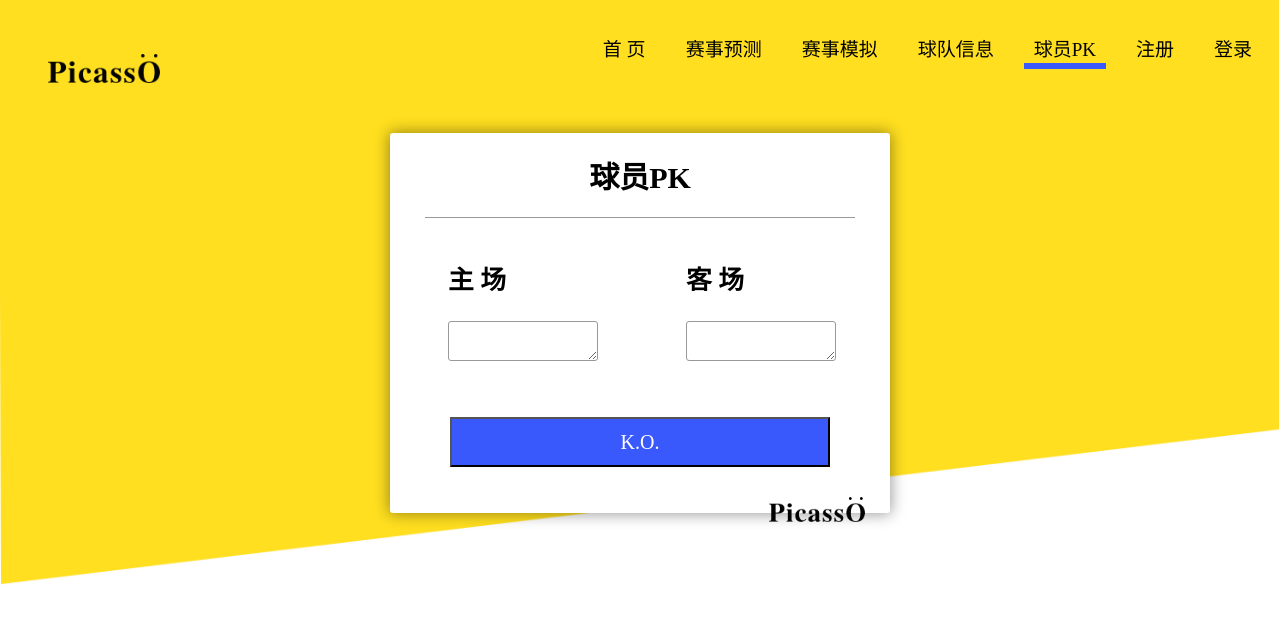
Repository: cciixx/nba-prediction-sys
Page: public/PK_index.html
An editor plug-in stored every save of this project. The page is shown before and after the next save, followed by the edit.
The browser window is 1280 px wide. The pictures show the whole page.

Above is the page before, as saved 2020-04-03 21:22:52.

### public/PK_index.html
<!doctype html>
<html>
<head>
<meta charset="utf-8">
<title>NBA预测系统-球员PK</title>
    <link  href="css/navl.css" rel="stylesheet" type="text/css">
    <link  href="css/search.css" rel="stylesheet" type="text/css">
	<style>
		body{background-image: url(images/half_yellow.png);}
	</style>
</head>

<body>
    <div class="header">
        <ul class='navl'style="background-color: blueviolet;">
            <li><a href="login.html">登录</a></li>
            <li><a href="register.html">注册</a></li>
            <li style="border-bottom: 6px solid #3a59fd;"><a href="PK_index.html">球员PK</a></li>
            <li><a href="team.html">球队信息</a></li>
            <li><a href="live_index.html">赛事模拟</a></li>
            <li><a href="predict.html">赛事预测</a></li>
            <li><a href="first.html">首 页</a></li>
            <img src="images/logo.png">
        </ul>
    </div>

    <div class="wrapper">
        <div class="bg">
            <h2 style="font-size: 30px;">球员PK</h2>
            <div style="overflow: hidden;">
                <div class='box'><h3>主 场</h3><textarea></textarea></div>
                <div class='box'><h3>客 场</h3><textarea></textarea></div>
            </div>
            <div style="text-align: center;margin-top: 25px;"><a href="player_PK.html"><input class="btn" type="submit" name="submit" value="K.O."></a></div>
            <img src="images/logo.png">
        </div>
    </div>
</body>
</html>

### public/css/navl.css
/* CSS Document */
body{
	background-repeat: no-repeat;
	background-position: top;
	background-size: 100%, 100%;
	background-attachment: fixed;
}
.header{
    overflow: hidden;
}
.btn{
	background: #3a59fd;
	font-family: '方正小标宋简体';
	color: white;
}
.navl ul{
	margin: 30px;
	width: 600px;
	height: 300px;
	color: #030303;
	position: absolute;
	top: 10px;
}
.navl li{
		height: 29px;
		width: fit-content;
		margin: 10px;
		list-style: none;
		float: right;
}
.navl img{
	float: left;
	height: 29px;
}
.navl a{
	margin: 0px 10px;
	color:#030303;
	text-align: left;
	text-decoration: none;
	font-size: 19px;
}
.wrapper{
    width: 100%;
}

### public/css/search.css
/* CSS Document */
.bg{
	width: 500px;
	height: 380px;
	margin: 50px auto;
	font-size: 26px;
	background: white;
	border: 0 none;
    border-radius: 3px;
    box-shadow: 0 0 15px 1px rgba(0, 0, 0, 0.4);
    box-sizing: border-box;
}
.box{
    font-size: 22px;
    width: 40%;
    float: left;
    margin-left: 38px;
}
h2{
    font-size: 30px;
    text-align: center;
    border-bottom: 1px solid #999999;
    padding: 20px;
    margin: 35px;
    margin-bottom: 15px;
}
h3{
    margin-left: 20px;
}
textarea {
    font-size: 20px;
	height:40px;
	width:150px;
	margin-left:20px;
    border: 1px solid #999999;
    border-radius: 3px;
    box-sizing: border-box;
    color: #2C3E50;
}
input{
    font-size: 20px;
    width: 380px;
    height: 50px;
    text-align: center;
    margin-top: 25px;
}

img{
    height: 25px;
    float: right;
    margin-top: 30px;
    margin-right: 25px;
}
p{
    float: right;
    margin-right: 30px;
}

After the next save:
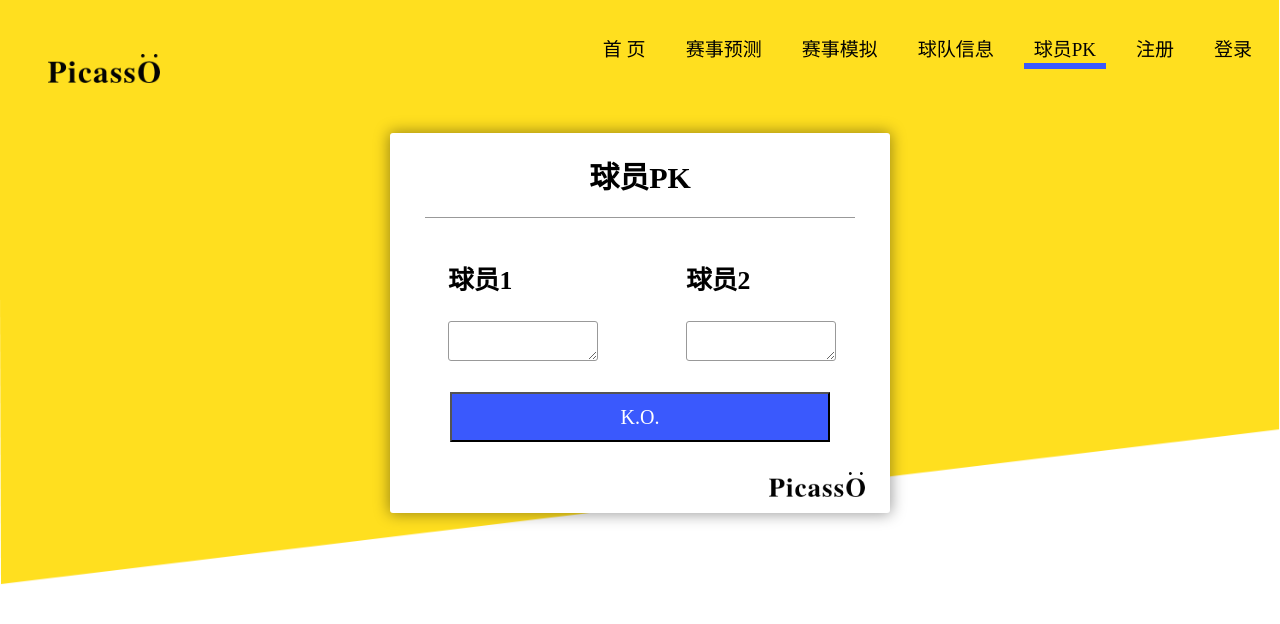
Saved 3 min 46 s later.
--- a/public/PK_index.html
+++ b/public/PK_index.html
@@ -28,10 +28,10 @@
         <div class="bg">
             <h2 style="font-size: 30px;">球员PK</h2>
             <div style="overflow: hidden;">
-                <div class='box'><h3>主 场</h3><textarea></textarea></div>
-                <div class='box'><h3>客 场</h3><textarea></textarea></div>
+                <div class='box'><h3>球员1</h3><textarea></textarea></div>
+                <div class='box'><h3>球员2</h3><textarea></textarea></div>
             </div>
-            <div style="text-align: center;margin-top: 25px;"><a href="player_PK.html"><input class="btn" type="submit" name="submit" value="K.O."></a></div>
+            <div style="text-align: center;"><a href="player_PK.html"><input class="btn" type="submit" name="submit" value="K.O."></a></div>
             <img src="images/logo.png">
         </div>
     </div>
